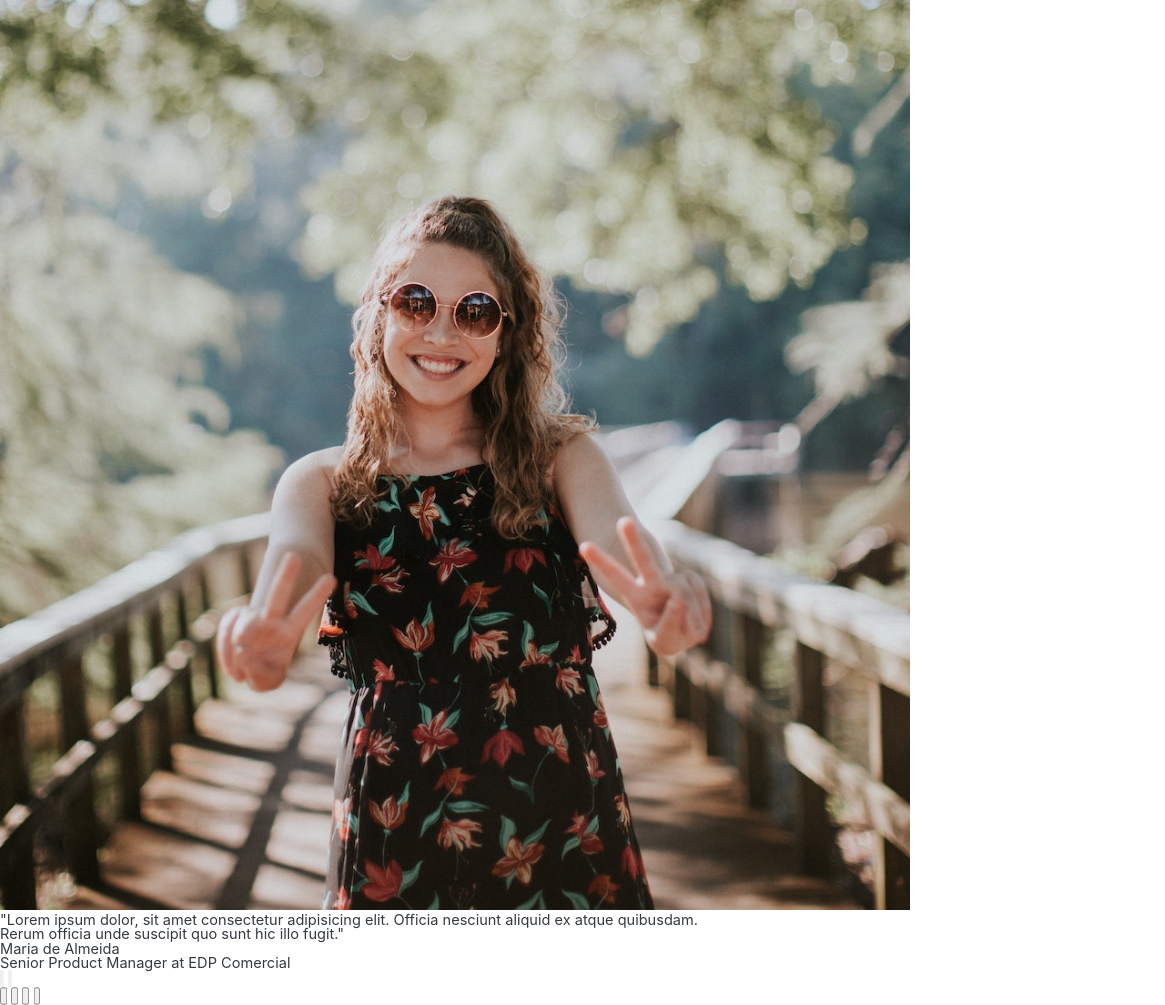
Repository: nghiakma/HTML-CSS-Fundamental
Page: Component_LayoutPatterns/carousel.html
The author's editor kept a copy of each file at every save. The page is drawn from the files as they stood at one save, then again after a run of saves.
The browser window is 1280 px wide. The pictures show the whole page, at 91% of full size.

Above is the page before, as saved 2023-08-26 11:36:09.

After the next 2 saves:
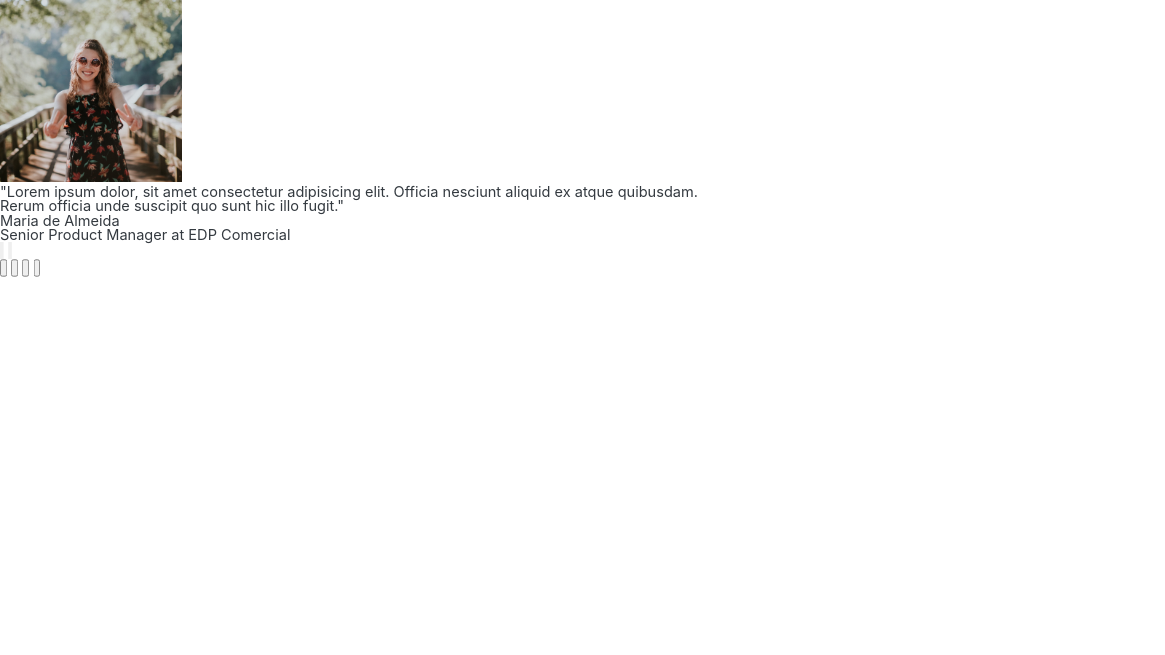
The 2 saves are shown as one change because they came seconds apart.
The last was saved 21 s later.
--- a/Component_LayoutPatterns/carousel.html
+++ b/Component_LayoutPatterns/carousel.html
@@ -21,6 +21,11 @@
     .carousel {
       width: 800px;
       margin: 100 auto;
+
+    }
+
+    img {
+      height: 200px;
     }
   </style>
 </head>
